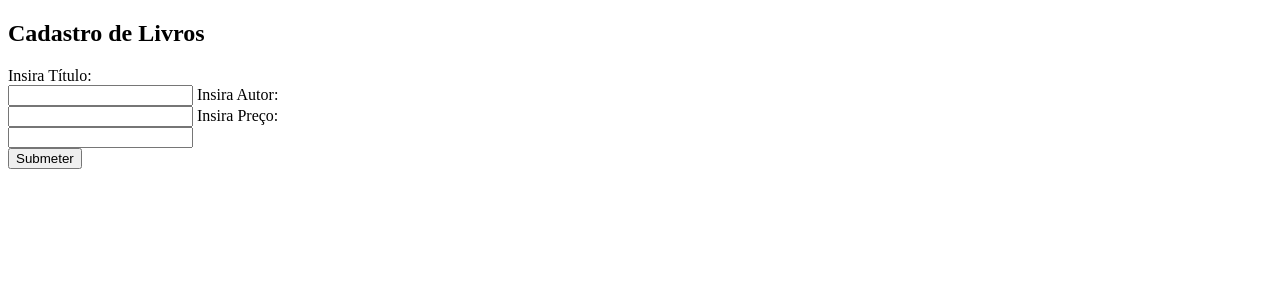
Repository: vpanarello/EJB
Page: http://localhost/03_LivrosWeb/cadastro.jsp
These files come from the project's save history. The page is drawn as it stood at one moment and after the next save; the edit follows.
The browser window is 1280 px wide. The pictures show the whole page.
The page is served by Tomcat 9.

Above is the page before, as saved 2016-08-20 14:07:38.

After the next save:
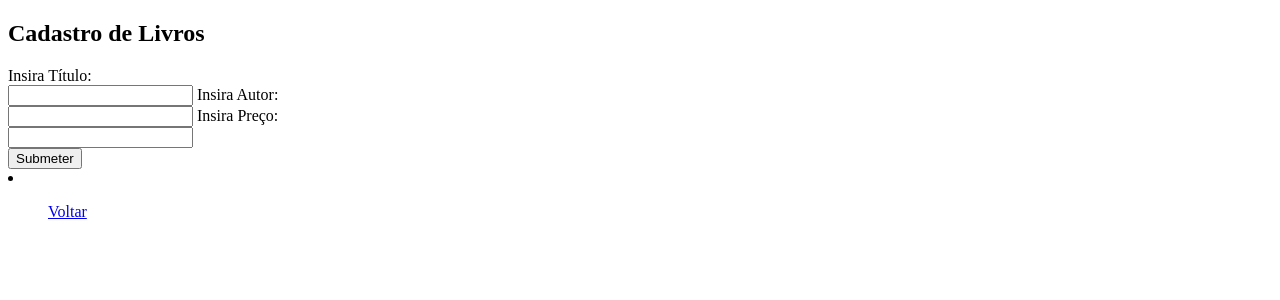
Saved 37 s later.
--- a/03_LivrosWeb/WebContent/cadastro.jsp
+++ b/03_LivrosWeb/WebContent/cadastro.jsp
@@ -22,5 +22,10 @@
 
 
 	</form>
+
+		<li>
+		<ul><a href="livros">Voltar</a></ul>
+	</li>
+
 </body>
 </html>
